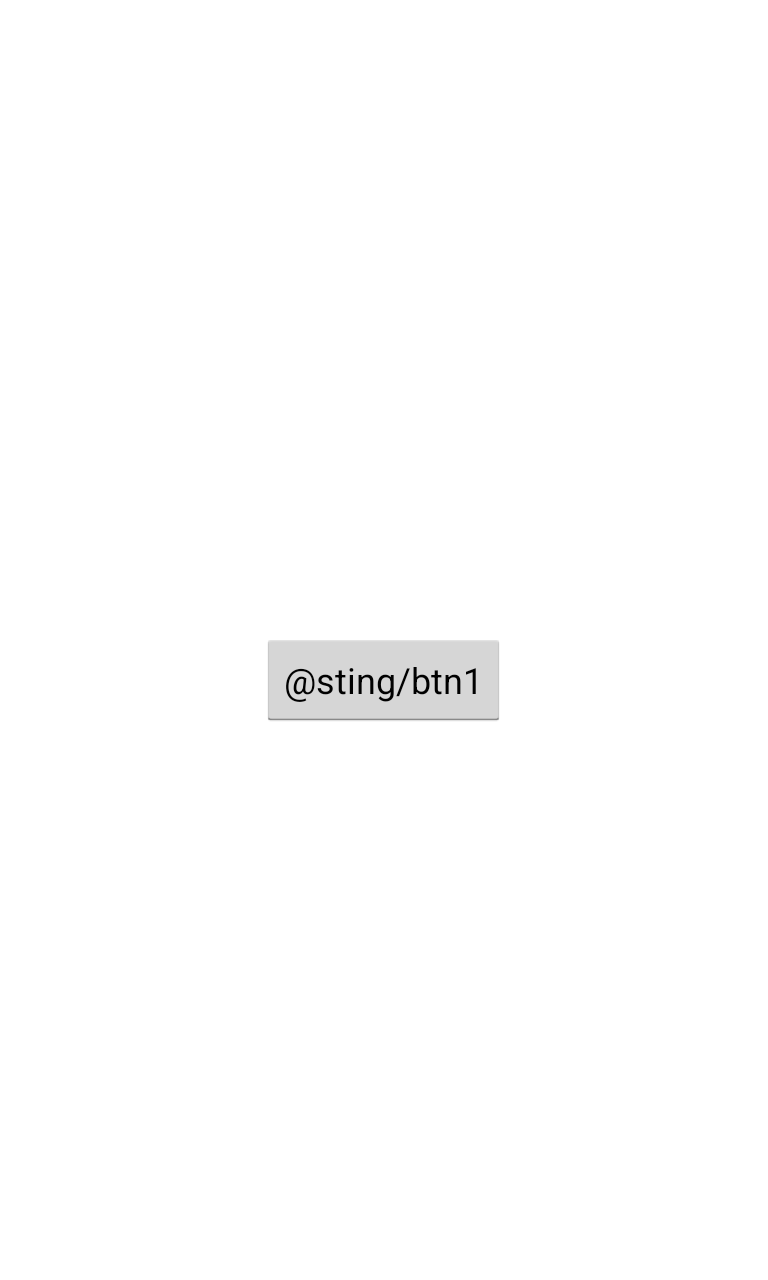
Repository: ShigerD/AndroidSample
Layout: Sample/Sample4/Sample4_11/Animation2/res/layout/activity_main.xml
These files come from the project's save history. The layout is drawn as it stood at one moment and after the next save; the edit follows.
It is drawn on a 768 x 1280 px phone screen (xhdpi) without system bars, with theme AppTheme; the app's code is not run.

Above is the layout before, as saved 2016-09-18 12:14:03.

### Sample/Sample4/Sample4_11/Animation2/res/layout/activity_main.xml
<RelativeLayout xmlns:android="http://schemas.android.com/apk/res/android"
    xmlns:tools="http://schemas.android.com/tools"
    android:layout_width="match_parent"
    android:layout_height="match_parent"
    android:paddingBottom="@dimen/activity_vertical_margin"
    android:paddingLeft="@dimen/activity_horizontal_margin"
    android:paddingRight="@dimen/activity_horizontal_margin"
    android:paddingTop="@dimen/activity_vertical_margin"
    tools:context="com.example.animation2.MainActivity" >

    <LinearLayout
        android:layout_width="fill_parent"
        android:layout_height="fill_parent"

        android:layout_alignParentTop="true"
        android:orientation="vertical" >

        <ImageView
            android:id="@+id/imageView1"
            android:layout_width="300dp"
            android:layout_height="300dp"
          />

        <LinearLayout
            android:layout_width="match_parent"
            android:layout_height="wrap_content"
            android:gravity="center_horizontal" >

            <Button
                android:id="@+id/button1"
                android:layout_width="wrap_content"
                android:layout_height="wrap_content"
                android:text="@sting/btn1" />

        </LinearLayout>

    </LinearLayout>

</RelativeLayout>

### Sample/Sample4/Sample4_11/Animation2/res/values/strings.xml
<?xml version="1.0" encoding="utf-8"?>
<resources>

    <string name="app_name">Animation2</string>
    <string name="hello_world">Hello world!</string>
    <string name="action_settings">Settings</string>
    <string name="btn1">click</string>

</resources>

Loaded but not shown: Sample/Sample4/Sample4_11/Animation2/res/values/styles.xml (common file); Sample/Sample4/Sample4_11/Animation2/res/values-v11/styles.xml (common file); Sample/Sample4/Sample4_11/Animation2/res/values-v14/styles.xml (common file); Sample/Sample4/Sample4_11/Animation2/res/values/dimens.xml (common file); Sample/Sample4/Sample4_11/Animation2/res/values-w820dp/dimens.xml (common file)

After the next save:
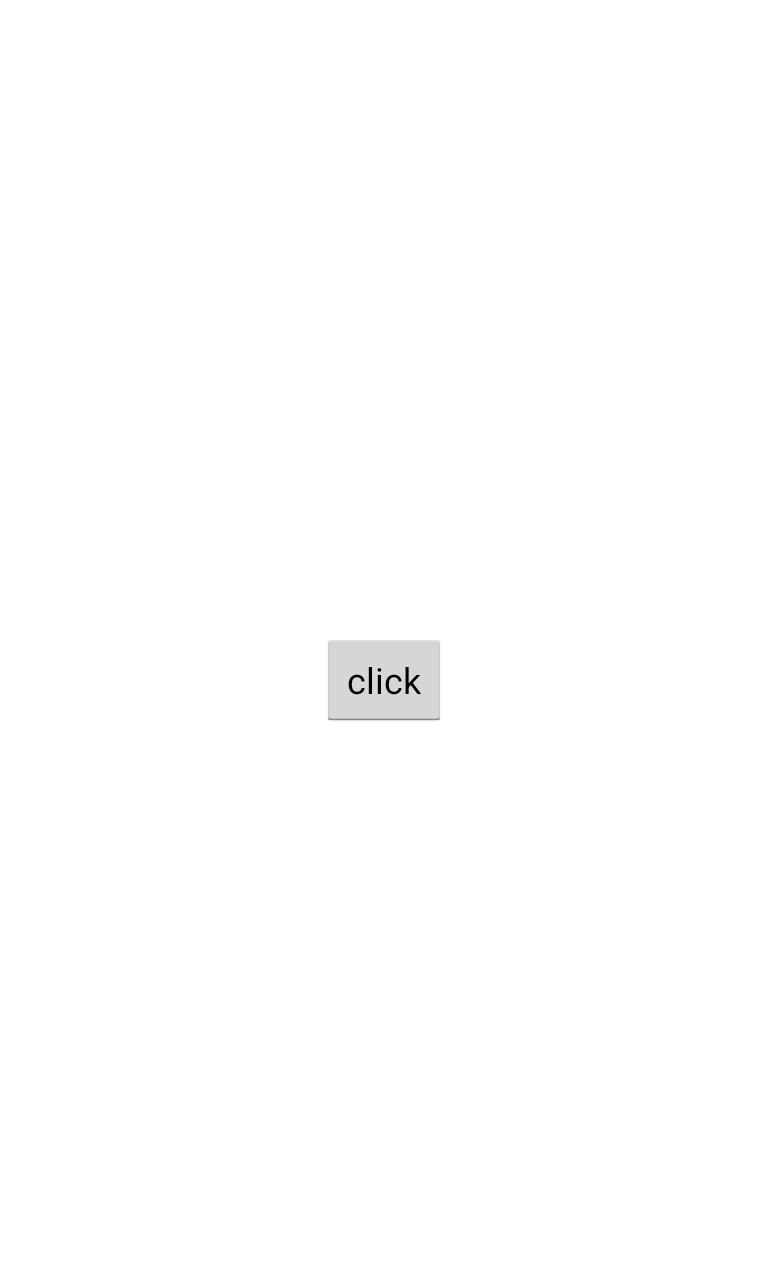
Saved 11 s later.
--- a/Sample/Sample4/Sample4_11/Animation2/res/layout/activity_main.xml
+++ b/Sample/Sample4/Sample4_11/Animation2/res/layout/activity_main.xml
@@ -30,7 +30,7 @@
                 android:id="@+id/button1"
                 android:layout_width="wrap_content"
                 android:layout_height="wrap_content"
-                android:text="@sting/btn1" />
+                android:text="@string/btn1" />
 
         </LinearLayout>
 
